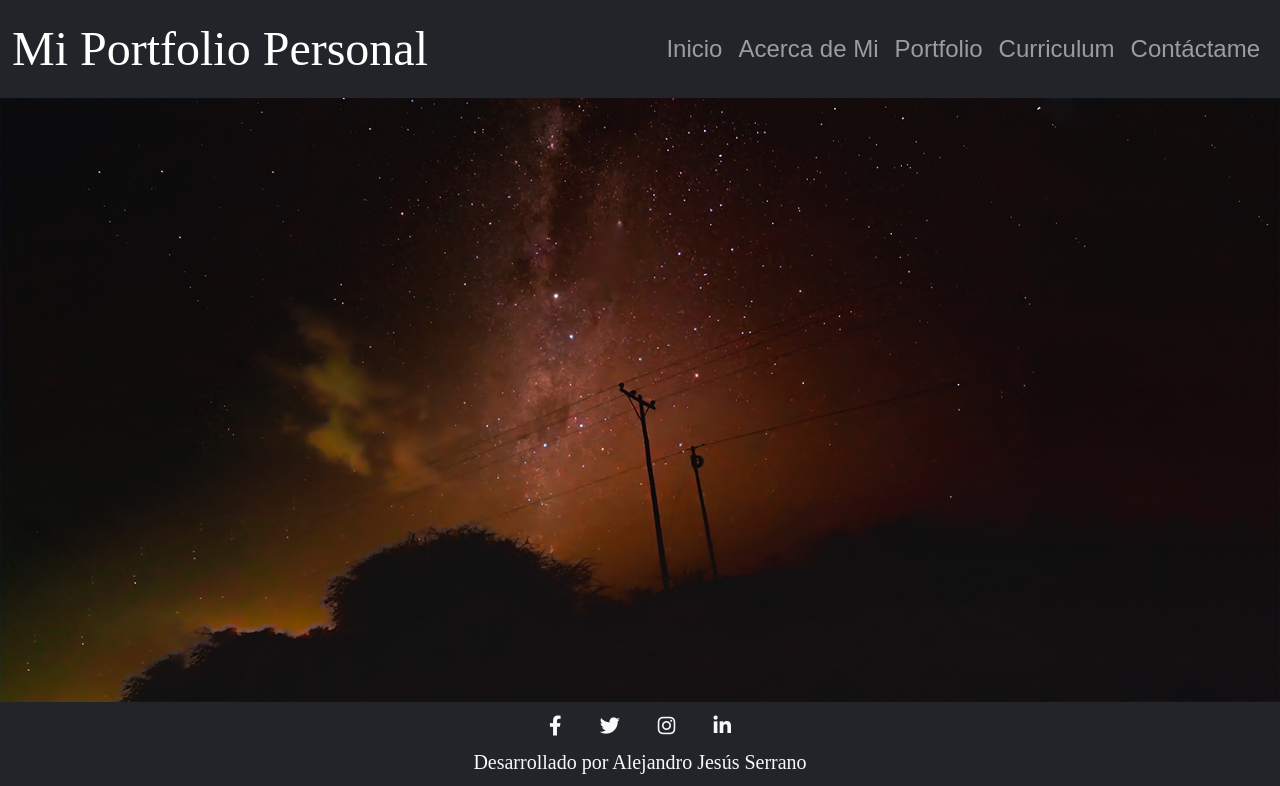
Repository: AlejandroJesusSerrano/portfolio
Page: portfolio/core/templates/core/home.html
These files come from the project's save history. The page is drawn as it stood at one moment and after the next save; the edit follows.
The browser window is 1280 px wide. The pictures show the whole page.
Some web fonts or font styles are not loaded; a fallback is used. The template is drawn by Django 4.2. The application's start-up code is not run. The template is opened directly, without the code that normally fills it, so the values that code supplies are empty.

Above is the page before, as saved 2023-09-06 08:54:25.

After the next save:
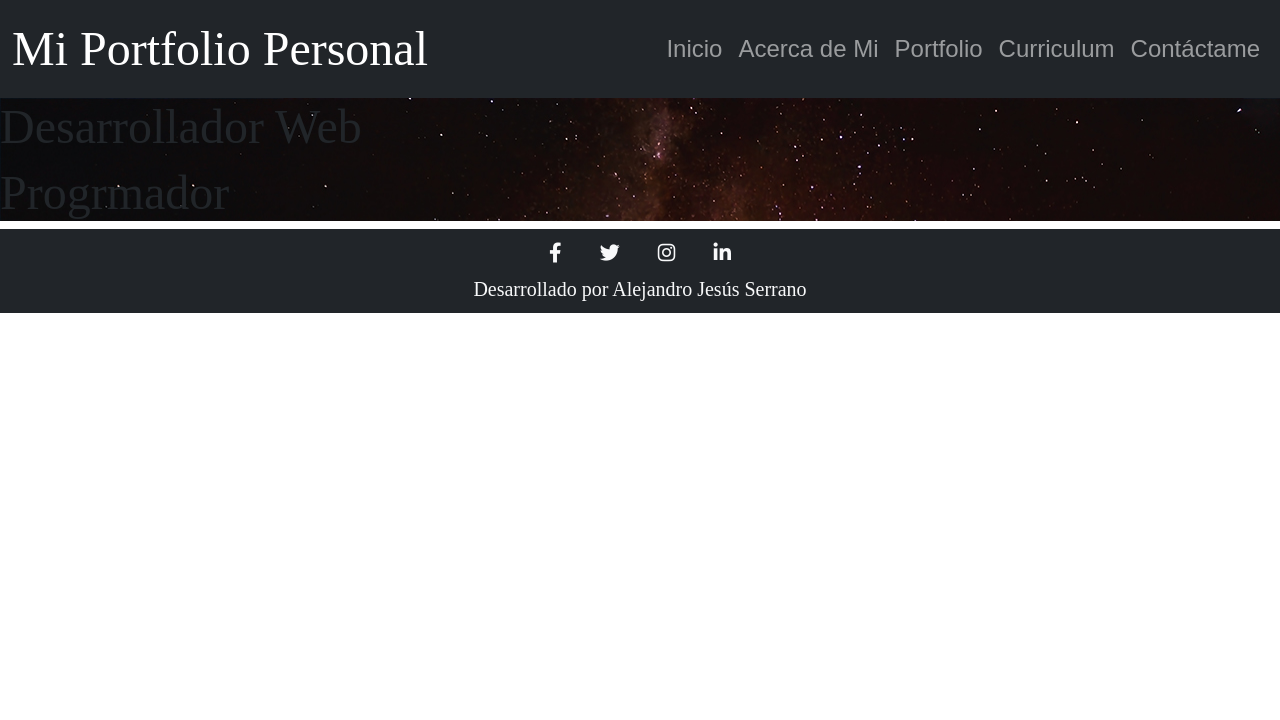
Saved 113 s later.
--- a/portfolio/core/templates/core/home.html
+++ b/portfolio/core/templates/core/home.html
@@ -4,7 +4,8 @@
 {% block title %} Inicio {% endblock title %}
 
 {% block content %}
-<div>
-  <img src={% static 'img/sancarlos_noche_web.jpg' %} class="w-100" alt="">
+<div class="home bkg-img">
+  <h3 class="brand">Desarrollador Web</h3>
+  <h3 class="brand">Progrmador</h3>
 </div>
 {% endblock content %}
